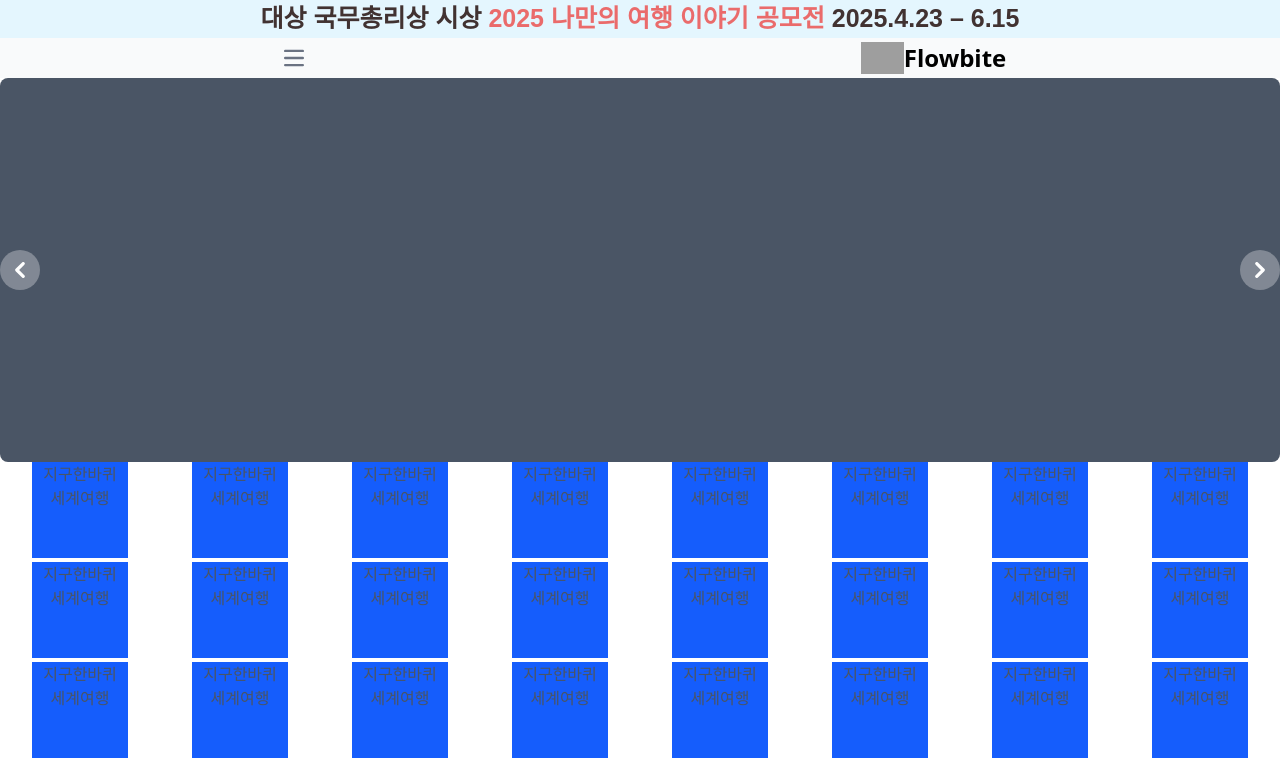
Repository: hyerim1234/travelblog
Page: html/index.html
The author's editor kept a copy of each file at every save. The page is drawn from the files as they stood at one save, then again after the next save.
The browser window is 1280 px wide. The pictures show the whole page.
Pictures or frames that could not be fetched are drawn as grey boxes. Some web fonts or font styles are not loaded; a fallback is used. The style sheet was rebuilt from its Sass, Less or Tailwind sources for each picture, by a compiler version that may differ from the author's.

Above is the page before, as saved 2025-05-19 15:38:53.

### html/index.html
<!DOCTYPE html>
<html lang="en">
<head>
    <meta charset="UTF-8">
    <meta name="viewport" content="width=device-width, initial-scale=1.0">
    <title>여행블로그_250516</title>
    <link rel="stylesheet" href="../css/index.css">
    <link rel="preload" as="font" href="https://fastly.jsdelivr.net/gh/projectnoonnu/noonfonts_2102-01@1.0/RixYeoljeongdo_Regular.woff" type="font/woff" crossorigin>
    <script src="https://cdn.jsdelivr.net/npm/@tailwindcss/browser@4" defer></script>

</head>

<body>
   <!-- 1) 이벤트 배너 -->
  <div id="event-banner">
    <h1>
        대상 국무총리상 시상
        <span >2025 나만의 여행 이야기 공모전</span>
        2025.4.23 – 6.15
    </h1>
  </div>


  <!-- 주 네비게이션 메뉴 -->
  <nav class="border-gray-200 bg-gray-50">
    <div class="max-w-screen-xl flex flex-wrap items-center p-4">

      <!-- <a href="#" class="flex items-center space-x-3 rtl:space-x-reverse">
          <img src="https://flowbite.com/docs/images/logo.svg" class="h-8" alt="Flowbite Logo" />
          <span class="self-center text-2xl font-semibold whitespace-nowrap dark:text-white">Flowbite</span>
      </a> -->

      <button data-collapse-toggle="navbar-hamburger" type="button" class="inline-flex items-center justify-center p-2 w-10 h-10 text-sm text-gray-500 rounded-lg hover:bg-gray-100 focus:outline-none focus:ring-2 focus:ring-gray-200 dark:text-gray-400 dark:hover:bg-gray-700 dark:focus:ring-gray-600" aria-controls="navbar-hamburger" aria-expanded="false">
        <span class="sr-only">Open main menu</span>
        <svg class="w-5 h-5" aria-hidden="true" xmlns="http://www.w3.org/2000/svg" fill="none" viewBox="0 0 17 14">
            <path stroke="currentColor" stroke-linecap="round" stroke-linejoin="round" stroke-width="2" d="M1 1h15M1 7h15M1 13h15"/>
        </svg>
      </button>

        <a href="#" class="flex items-center space-x-3 ">
          <img src="https://flowbite.com/docs/images/logo.svg" class="h-8" alt="Flowbite Logo" />
          <span class="self-center text-2xl font-semibold whitespace-nowrap dark:text-white">Flowbite</span>
        </a>

      <div class="hidden w-full" id="navbar-hamburger">
        <ul class="flex flex-col font-medium mt-4 rounded-lg bg-gray-50 dark:bg-gray-800 dark:border-gray-700">
          <li>
            <a href="#" class="block py-2 px-3 text-white bg-blue-700 rounded-sm dark:bg-blue-600" aria-current="page">Home</a>
          </li>
          <li>
            <a href="#" class="block py-2 px-3 text-gray-900 rounded-sm hover:bg-gray-100 dark:text-gray-400 dark:hover:bg-gray-700 dark:hover:text-white">Services</a>
          </li>
          <li>
            <a href="#" class="block py-2 px-3 text-gray-900 rounded-sm hover:bg-gray-100 dark:text-gray-400 md:dark:hover:text-white dark:hover:bg-gray-700 dark:hover:text-white">Pricing</a>
          </li>
          <li>
            <a href="#" class="block py-2 px-3 text-gray-900 rounded-sm hover:bg-gray-100 dark:text-gray-400 dark:hover:bg-gray-700 dark:hover:text-white">Contact</a>
          </li>
        </ul>
      </div>
    </div>
  </nav>



<main class="py-8">
  <!-- 2) 슬라이더 섹션 -->
  <div id="controls-carousel" class="relative w-full" data-carousel="static">
      <!-- Carousel wrapper -->
      <div class="relative h-56 overflow-hidden rounded-lg md:h-96 bg-gray-600">
          <!-- Item 1 -->
          <div class="hidden duration-700 ease-in-out" data-carousel-item>
              <img src="/docs/images/carousel/carousel-1.svg" class="absolute block w-full -translate-x-1/2 -translate-y-1/2 top-1/2 left-1/2 bg-gray-100" alt="...">
          </div>
          <!-- Item 2 -->
          <div class="hidden duration-700 ease-in-out" data-carousel-item="active">
              <img src="/docs/images/carousel/carousel-2.svg" class="absolute block w-full -translate-x-1/2 -translate-y-1/2 top-1/2 left-1/2" alt="...">
          </div>
          <!-- Item 3 -->
          <div class="hidden duration-700 ease-in-out" data-carousel-item>
              <img src="/docs/images/carousel/carousel-3.svg" class="absolute block w-full -translate-x-1/2 -translate-y-1/2 top-1/2 left-1/2" alt="...">
          </div>
          <!-- Item 4 -->
          <div class="hidden duration-700 ease-in-out" data-carousel-item>
              <img src="/docs/images/carousel/carousel-4.svg" class="absolute block w-full -translate-x-1/2 -translate-y-1/2 top-1/2 left-1/2" alt="...">
          </div>
          <!-- Item 5 -->
          <div class="hidden duration-700 ease-in-out" data-carousel-item>
              <img src="/docs/images/carousel/carousel-5.svg" class="absolute block w-full -translate-x-1/2 -translate-y-1/2 top-1/2 left-1/2" alt="...">
          </div>
      </div>
      <!-- Slider controls -->
      <button type="button" class="absolute top-0 start-0 z-30 flex items-center justify-center h-full px-4 cursor-pointer group focus:outline-none" data-carousel-prev>
          <span class="inline-flex items-center justify-center w-10 h-10 rounded-full bg-white/30 dark:bg-gray-800/30 group-hover:bg-white/50 dark:group-hover:bg-gray-800/60 group-focus:ring-4 group-focus:ring-white dark:group-focus:ring-gray-800/70 group-focus:outline-none">
              <svg class="w-4 h-4 text-white dark:text-gray-800 rtl:rotate-180" aria-hidden="true" xmlns="http://www.w3.org/2000/svg" fill="none" viewBox="0 0 6 10">
                  <path stroke="currentColor" stroke-linecap="round" stroke-linejoin="round" stroke-width="2" d="M5 1 1 5l4 4"/>
              </svg>
              <span class="sr-only">Previous</span>
          </span>
      </button>
      <button type="button" class="absolute top-0 end-0 z-30 flex items-center justify-center h-full px-4 cursor-pointer group focus:outline-none" data-carousel-next>
          <span class="inline-flex items-center justify-center w-10 h-10 rounded-full bg-white/30 dark:bg-gray-800/30 group-hover:bg-white/50 dark:group-hover:bg-gray-800/60 group-focus:ring-4 group-focus:ring-white dark:group-focus:ring-gray-800/70 group-focus:outline-none">
              <svg class="w-4 h-4 text-white dark:text-gray-800 rtl:rotate-180" aria-hidden="true" xmlns="http://www.w3.org/2000/svg" fill="none" viewBox="0 0 6 10">
                  <path stroke="currentColor" stroke-linecap="round" stroke-linejoin="round" stroke-width="2" d="m1 9 4-4-4-4"/>
              </svg>
              <span class="sr-only">Next</span>
          </span>
      </button>
  </div>


  <section>
    <!-- 1. 래퍼: 모바일에서 좌우 스크롤 -->
    <div class="overflow-x-auto">
      <!-- 2. 실제 그리드 -->
      <div class="flex grid-col-8 grid-row-">
        <!-- ==== 1행 ==== -->
        <div class="p-6 text-center size-24 bg-blue-600 ">
          <p class="text-gray-600 text-base">지구한바퀴<br/>세계여행</p>
        </div>

        <div class=" p-6 text-center  size-24 bg-blue-600 ">
          <p class="text-gray-600 text-base">지구한바퀴<br/>세계여행</p>
        </div>

        <div class=" p-6 text-center  size-24 bg-blue-600 ">
          <p class="text-gray-600 text-base">지구한바퀴<br/>세계여행</p>
        </div>

        <div class=" p-6 text-center  size-24 bg-blue-600 ">
          <p class="text-gray-600 text-base">지구한바퀴<br/>세계여행</p>
        </div>

         <div class=" p-6 text-center  size-24 bg-blue-600 ">
          <p class="text-gray-600 text-base">지구한바퀴<br/>세계여행</p>
        </div>

         <div class=" p-6 text-center  size-24 bg-blue-600 ">
          <p class="text-gray-600 text-base">지구한바퀴<br/>세계여행</p>
        </div>

         <div class=" p-6 text-center  size-24 bg-blue-600 ">
          <p class="text-gray-600 text-base">지구한바퀴<br/>세계여행</p>
        </div>

         <div class=" p-6 text-center  size-24 bg-blue-600 ">
          <p class="text-gray-600 text-base">지구한바퀴<br/>세계여행</p>
        </div>
      </div>

      <div class="flex " style="margin: 4px 0px;">
        <!-- ==== 2행 ==== -->
        <div class="p-6 text-center size-24 bg-blue-600 ">
          <p class="text-gray-600 text-base">지구한바퀴<br/>세계여행</p>
        </div>

        <div class=" p-6 text-center  size-24 bg-blue-600 ">
          <p class="text-gray-600 text-base">지구한바퀴<br/>세계여행</p>
        </div>

        <div class=" p-6 text-center  size-24 bg-blue-600 ">
          <p class="text-gray-600 text-base">지구한바퀴<br/>세계여행</p>
        </div>

        <div class=" p-6 text-center  size-24 bg-blue-600 ">
          <p class="text-gray-600 text-base">지구한바퀴<br/>세계여행</p>
        </div>

         <div class=" p-6 text-center  size-24 bg-blue-600 ">
          <p class="text-gray-600 text-base">지구한바퀴<br/>세계여행</p>
        </div>

         <div class=" p-6 text-center  size-24 bg-blue-600 ">
          <p class="text-gray-600 text-base">지구한바퀴<br/>세계여행</p>
        </div>

         <div class=" p-6 text-center  size-24 bg-blue-600 ">
          <p class="text-gray-600 text-base">지구한바퀴<br/>세계여행</p>
        </div>

         <div class=" p-6 text-center  size-24 bg-blue-600 ">
          <p class="text-gray-600 text-base">지구한바퀴<br/>세계여행</p>
        </div>
      </div>

      <div class="flex grid-col-8 grid-row-3">
        <!-- ==== 3행 ==== -->
        <div class="p-6 text-center size-24 bg-blue-600 ">
          <p class="text-gray-600 text-base">지구한바퀴<br/>세계여행</p>
        </div>

        <div class=" p-6 text-center  size-24 bg-blue-600 ">
          <p class="text-gray-600 text-base">지구한바퀴<br/>세계여행</p>
        </div>

        <div class=" p-6 text-center  size-24 bg-blue-600 ">
          <p class="text-gray-600 text-base">지구한바퀴<br/>세계여행</p>
        </div>

        <div class=" p-6 text-center  size-24 bg-blue-600 ">
          <p class="text-gray-600 text-base">지구한바퀴<br/>세계여행</p>
        </div>

         <div class=" p-6 text-center  size-24 bg-blue-600 ">
          <p class="text-gray-600 text-base">지구한바퀴<br/>세계여행</p>
        </div>

         <div class=" p-6 text-center  size-24 bg-blue-600 ">
          <p class="text-gray-600 text-base">지구한바퀴<br/>세계여행</p>
        </div>

         <div class=" p-6 text-center  size-24 bg-blue-600 ">
          <p class="text-gray-600 text-base">지구한바퀴<br/>세계여행</p>
        </div>

         <div class=" p-6 text-center  size-24 bg-blue-600 ">
          <p class="text-gray-600 text-base">지구한바퀴<br/>세계여행</p>
        </div>
      </div>


    </div>
  </section>
</main>

  <footer>
    <!-- 저작권, 연락처, 사이트 맵 등의 푸터 콘텐츠 -->
  </footer>
</body>
</html>

### css/index.scss
*{
    margin: 0 auto;
    padding: 0;
    box-sizing: border-box;

}

@font-face {
    font-family: 'GmarketSansMedium';
    src: url('https://fastly.jsdelivr.net/gh/projectnoonnu/noonfonts_2001@1.1/GmarketSansMedium.woff') format('woff');
    font-weight: normal;
    font-style: normal;
}

#event-banner{
    background-color: #e4f6fe;
    > h1{
        text-align: center;
        font-size: 25px;
        font-family: 'GmarketSansMedium', sans-serif;
        font-style: normal;
        font-display: swap;
        font-weight: 900;
        color: #413231;

        >span{
            color:#EA6B6B;
        }
    }
}

After the next save:
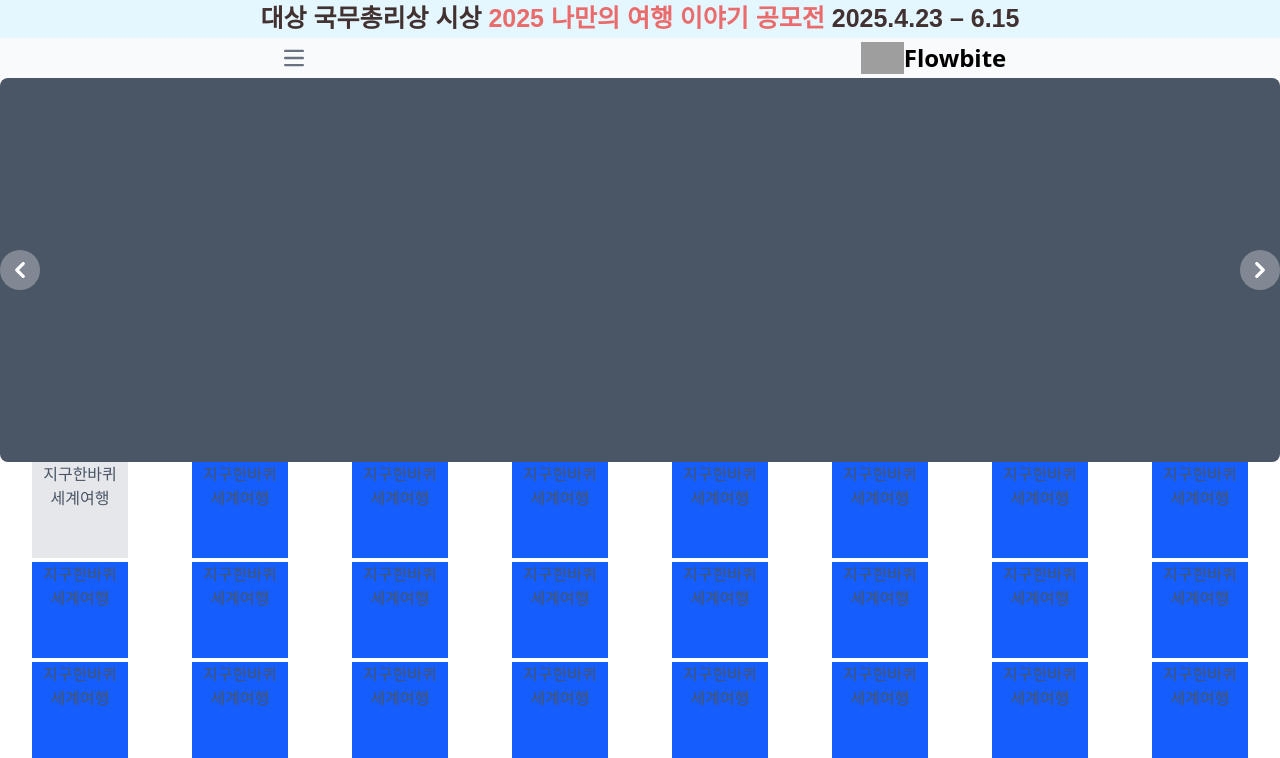
Saved 14 s later.
--- a/html/index.html
+++ b/html/index.html
@@ -115,7 +115,7 @@
       <!-- 2. 실제 그리드 -->
       <div class="flex grid-col-8 grid-row-">
         <!-- ==== 1행 ==== -->
-        <div class="p-6 text-center size-24 bg-blue-600 ">
+        <div class="p-6 text-center size-24 bg-gray-200 ">
           <p class="text-gray-600 text-base">지구한바퀴<br/>세계여행</p>
         </div>
 
